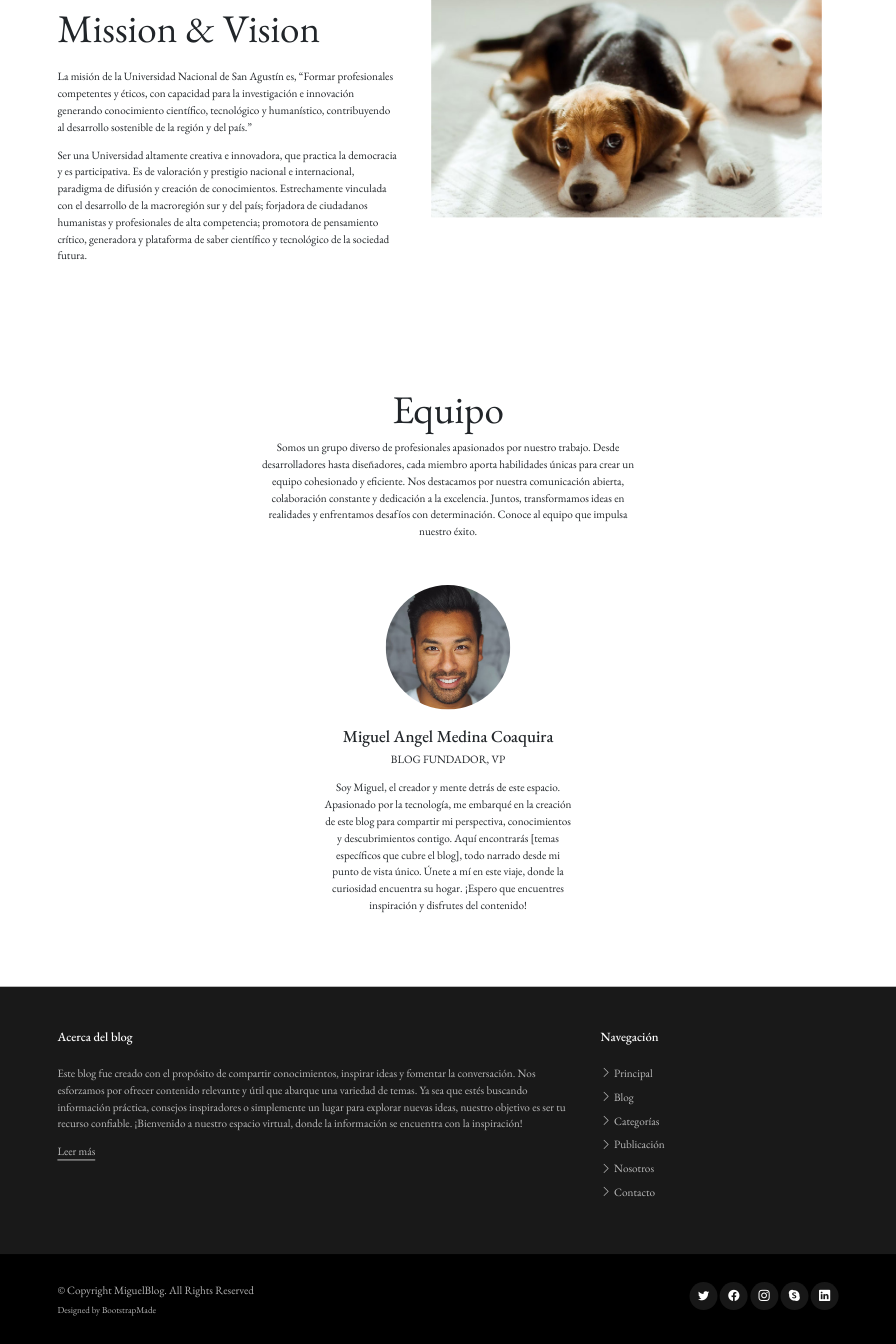
Repository: MiguelDev5/blog-miguel
Page: about.html
These files come from the project's save history. The page is drawn as it stood at one moment and after the next save; the edit follows.
The browser window is 1280 px wide. The pictures show the part of the page from y = 782 to 2702 px (the page is 2702 px tall before and 2644 px after), at 70% of full size.
Some web fonts or font styles are not loaded; a fallback is used.

Above is the page before, as saved 2024-01-01 04:42:25.

After the next save:
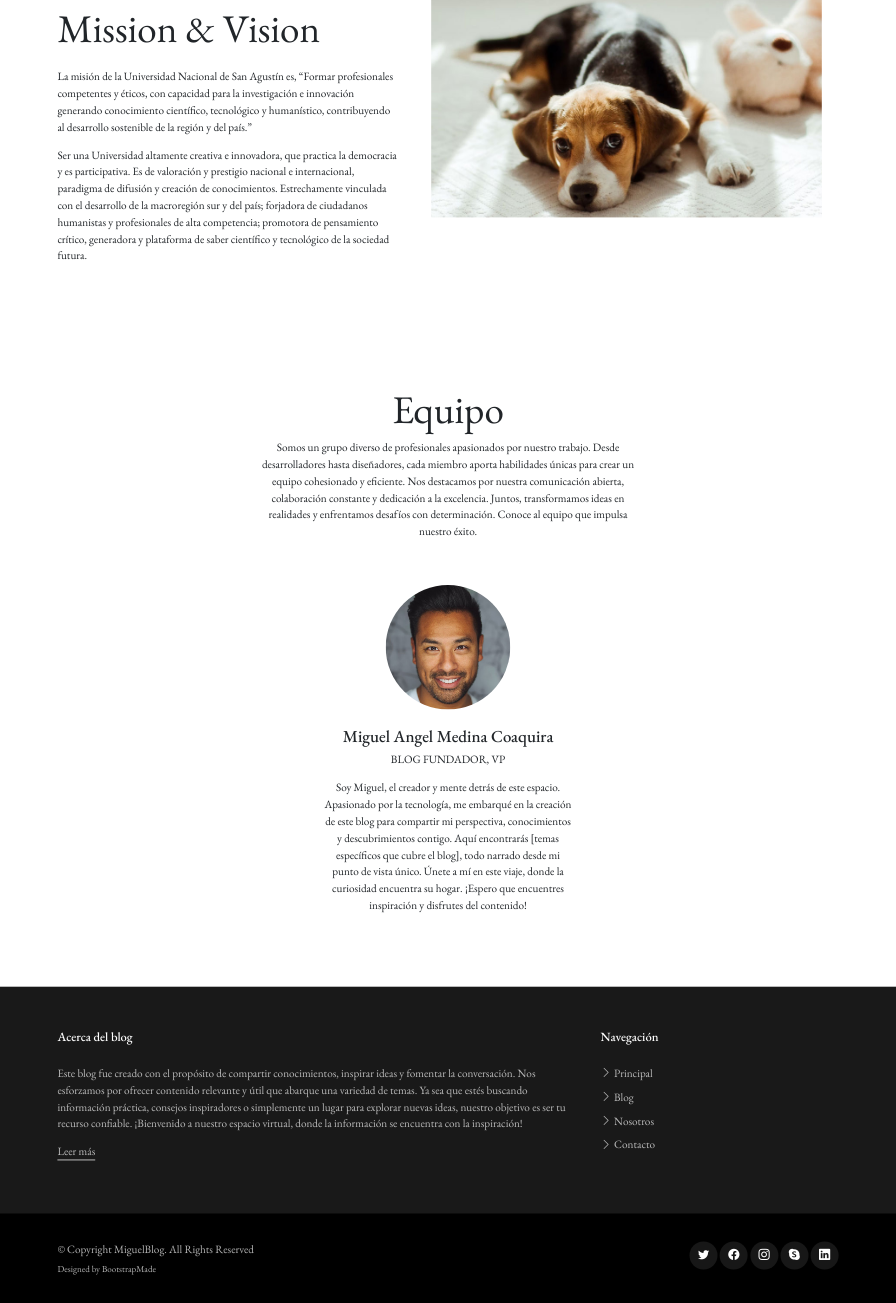
Saved 52 s later.
--- a/about.html
+++ b/about.html
@@ -162,8 +162,6 @@
             <ul class="footer-links list-unstyled">
               <li><a href="index.html"><i class="bi bi-chevron-right"></i> Principal</a></li>
               <li><a href="index.html"><i class="bi bi-chevron-right"></i> Blog</a></li>
-              <li><a href="category.html"><i class="bi bi-chevron-right"></i> Categorías</a></li>
-              <li><a href="single-post.html"><i class="bi bi-chevron-right"></i> Publicación</a></li>
               <li><a href="about.html"><i class="bi bi-chevron-right"></i> Nosotros</a></li>
               <li><a href="contact.html"><i class="bi bi-chevron-right"></i> Contacto</a></li>
             </ul>
